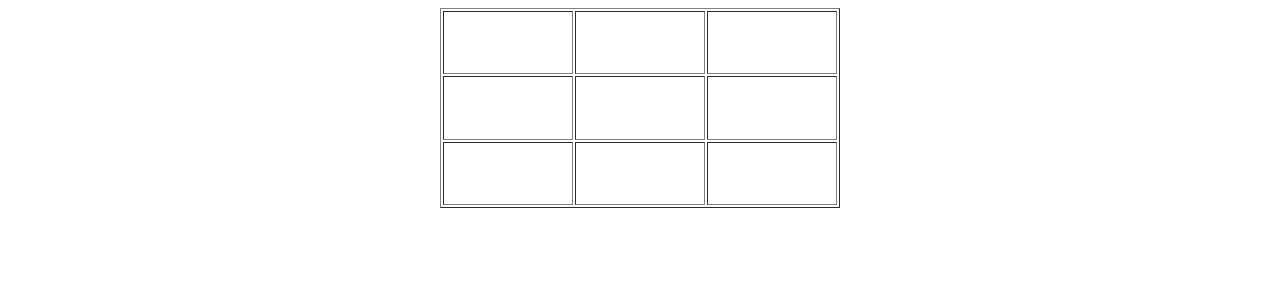
Repository: shindonguk/javapro
Page: htmls/WebContent/mouse/rainbow.html
An editor plug-in stored every save of this project. The page is shown before and after the next save, followed by the edit.
The browser window is 1280 px wide. The pictures show the whole page.

Above is the page before, as saved 2017-01-16 09:15:22.

### htmls/WebContent/mouse/rainbow.html
<!DOCTYPE html>
<html>
<head>
<meta charset="EUC-KR">
<title>Insert title here</title>
</head>
<body>
<center>
<table border width="400" height="200">
	<tr><td ></td><td ></td><td ></td></tr>
	<tr><td ></td><td ></td><td ></td></tr>
	<tr><td ></td><td ></td><td ></td></tr>
</table>
</body>
</html>

After the next save:
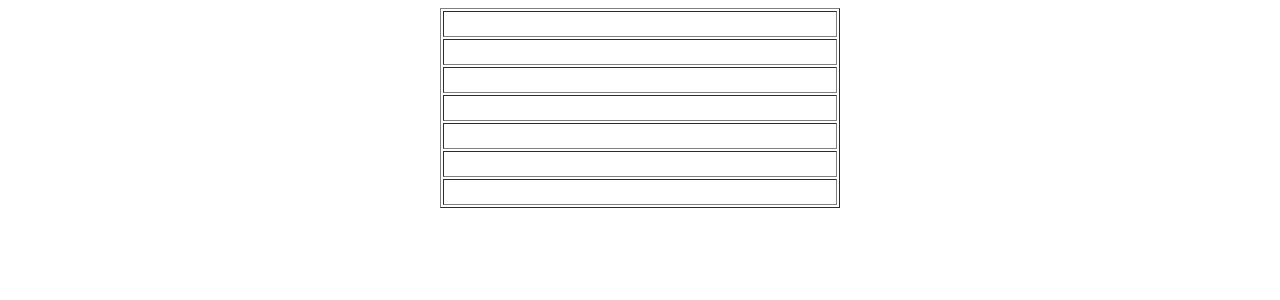
Console error: SyntaxError: Unexpected end of input
Saved 59 s later.
--- a/htmls/WebContent/mouse/rainbow.html
+++ b/htmls/WebContent/mouse/rainbow.html
@@ -3,13 +3,44 @@
 <head>
 <meta charset="EUC-KR">
 <title>Insert title here</title>
+<script type="text/javascript">
+
+window.onload=function(){
+	var tds=document.getElementsByTagName("td");
+	for(var idx in tds){
+		tds[idx].onmouseover=call1;
+		tds[idx].onmouseout=call2;
+	}
+
+	function call1() {
+
+	}
+</script>
 </head>
 <body>
 <center>
 <table border width="400" height="200">
-	<tr><td ></td><td ></td><td ></td></tr>
-	<tr><td ></td><td ></td><td ></td></tr>
-	<tr><td ></td><td ></td><td ></td></tr>
+	<tr>
+		<td></td>
+	</tr>
+	<tr>
+		<td></td>
+	</tr>
+	<tr>
+		<td></td>
+	</tr>
+	<tr>
+		<td></td>
+	</tr>
+	<tr>
+		<td></td>
+	</tr>
+	<tr>
+		<td></td>
+	</tr>
+	<tr>
+		<td></td>
+	</tr>
 </table>
 </body>
 </html>
